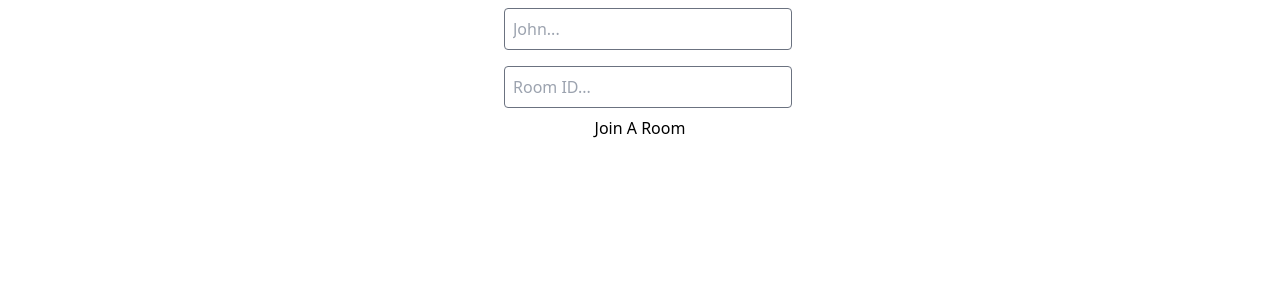
Repository: GabrielMorring/tictactoe
Page: /
An editor plug-in stored every save of this project. The page is shown before and after the next save, followed by the edit.
The browser window is 1280 px wide. The pictures show the whole page.
The page's requests for data from a server got no answer. The project was rebuilt for these pictures with package versions that can differ from the ones it lists, and the page was loaded fresh each time. No one was signed in, and anything a server would have sent is missing. Also part of the build but not shown: src/components/Square.jsx, src/components/Board.jsx.

Above is the page before, as saved 2022-06-20 10:13:24.

After the next save:
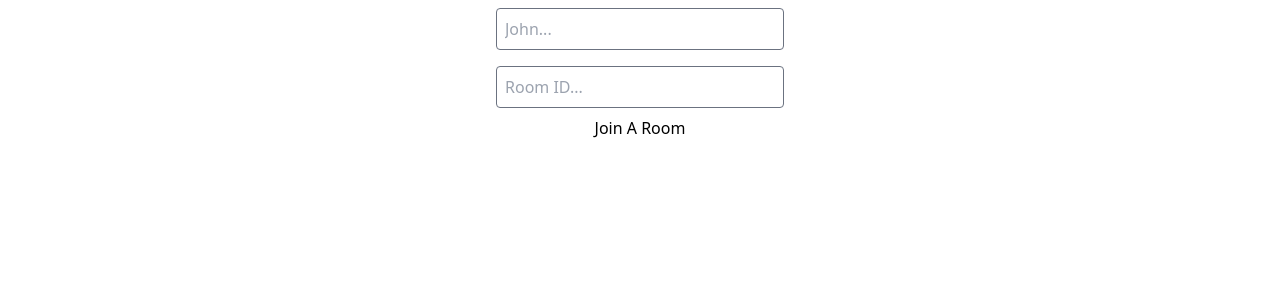
Saved 93 s later.
--- a/src/App.js
+++ b/src/App.js
@@ -23,7 +23,7 @@ function App() {
       {showBoard ? (
         <Board socket={socket} userName={userName} room={room} />
       ) : (
-        <div className="flex flex-col w-72 m-auto justify-items-center">
+        <div className="flex flex-col w-72 m-auto justify-center items-center">
           <input
             className="w-full p-2 m-2 border border-gray-500 rounded"
             type="text"
